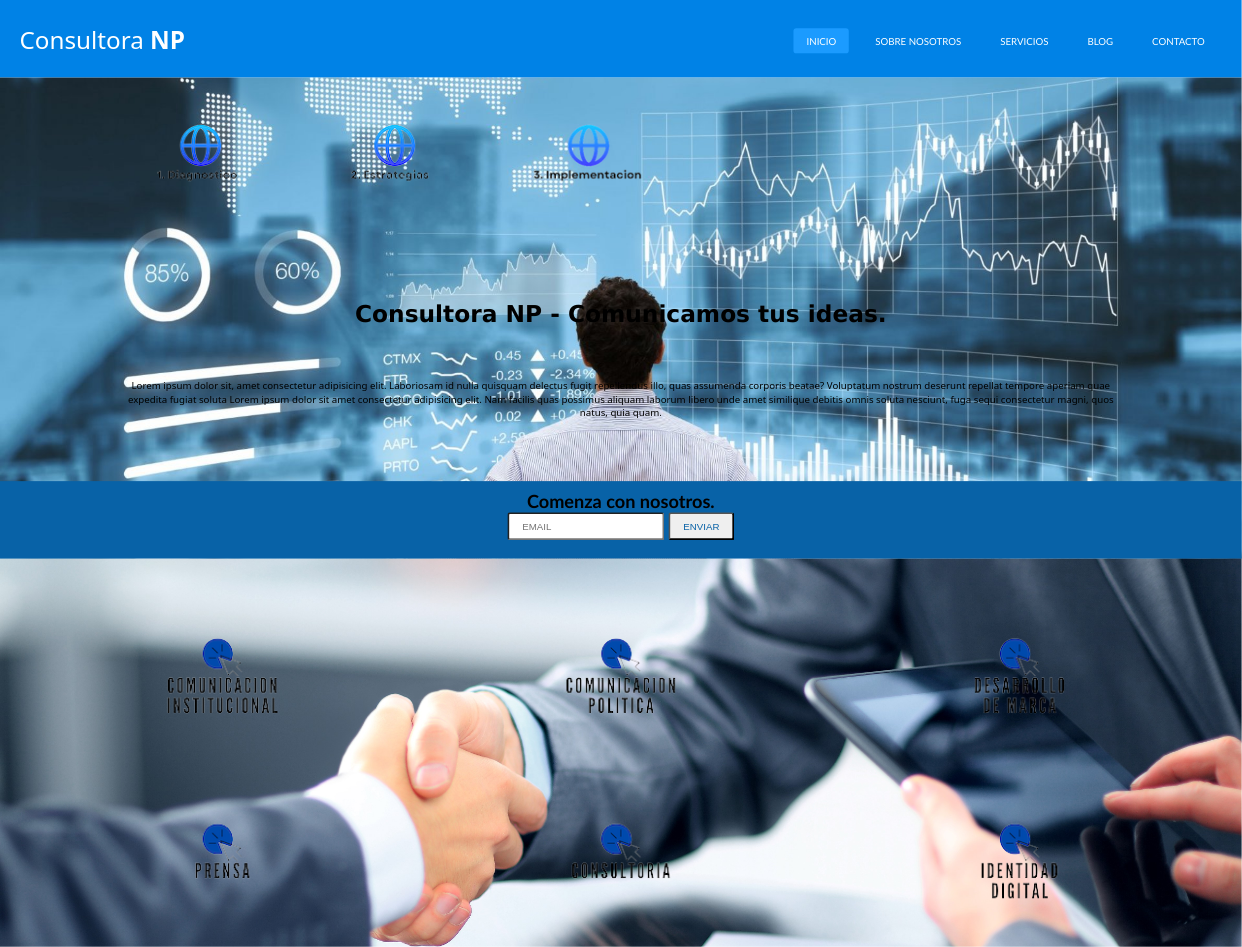
Repository: Batu120/pre-entrega2
Page: index.html
These files come from the project's save history. The page is drawn as it stood at one moment and after the next save; the edit follows.
The browser window is 1280 px wide. The pictures show the whole page, at 97% of full size.

Above is the page before, as saved 2022-11-02 14:10:48.

After the next save:
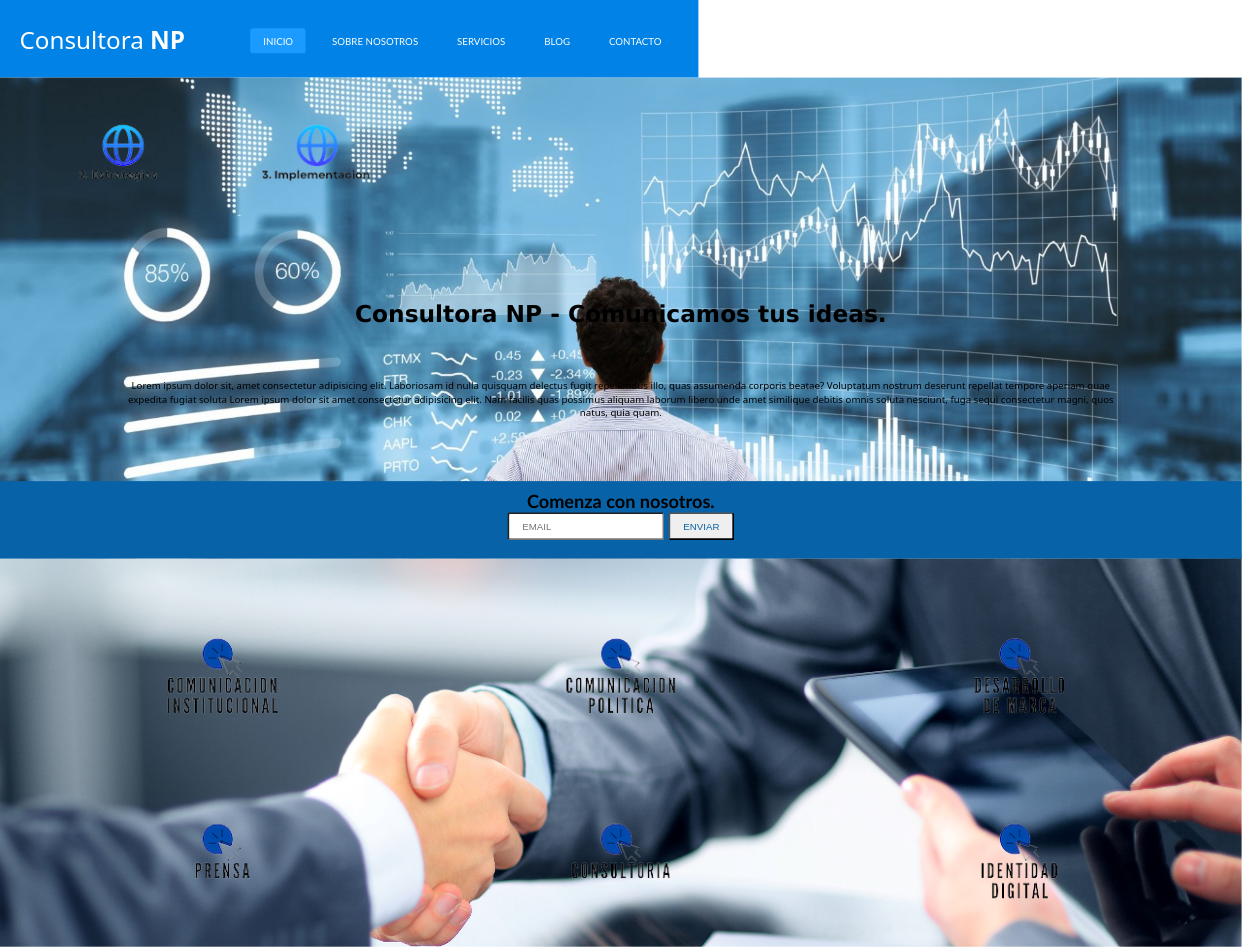
Saved 34 s later.
--- a/CSS/style.css
+++ b/CSS/style.css
@@ -31,7 +31,7 @@ section{
 nav {
     background: #0082e6;
     height: 80px;
-    /* width: 100%; */
+    width: 100vh;
 }
 /*  */
 .logo{
